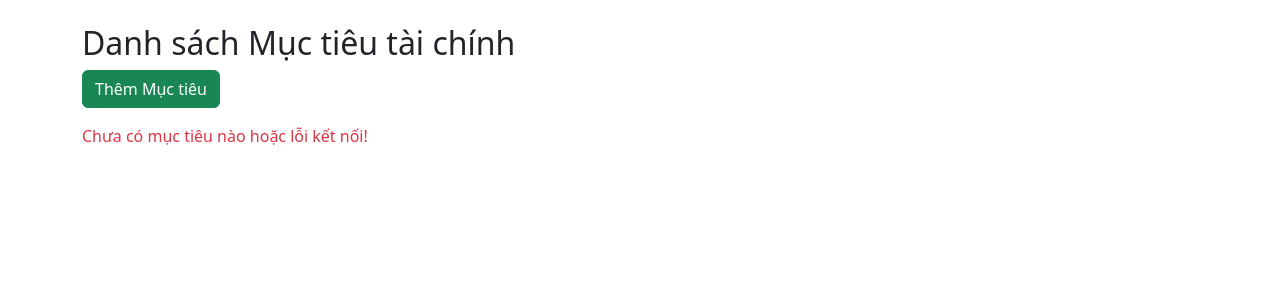
Repository: PhanVanHoa051204/Project3
Page: http://localhost/Project3/goals
An editor plug-in stored every save of this project. The page is shown before and after the next save, followed by the edit.
The browser window is 1280 px wide. The pictures show the whole page.
The page is served by Tomcat 9. Other server files are loaded and not shown. Queries for data that is not in the repository find no rows.

Above is the page before, as saved 2025-03-14 13:42:05.

### PhanVanHoa_2210900023_K22CNT1/Project3/src/main/webapp/TietKiem/goals.jsp
<%@ page language="java" contentType="text/html; charset=UTF-8" pageEncoding="UTF-8" %>
<%@ page import="java.util.List, com.financemanager.model.Goal, com.financemanager.dao.GoalDAO" %>
<%
    GoalDAO goalDAO = new GoalDAO();
    List<Goal> goals = null;

    try {
        goals = goalDAO.getAllGoals();
    } catch (Exception e) {
        e.printStackTrace();
        out.println("<p class='text-danger'>Lỗi khi lấy dữ liệu từ cơ sở dữ liệu!</p>");
    }
%>
<!DOCTYPE html>
<html>
<head>
    <title>Quản lý Mục tiêu tài chính</title>
    <link rel="stylesheet" href="https://cdn.jsdelivr.net/npm/bootstrap@5.3.0/dist/css/bootstrap.min.css">
</head>
<body>
    <div class="container mt-4">
        <h2>Danh sách Mục tiêu tài chính</h2>
        <a href="add_goal.jsp" class="btn btn-success">Thêm Mục tiêu</a>

        <% if (goals == null || goals.isEmpty()) { %>
            <p class="mt-3 text-danger">Chưa có mục tiêu nào hoặc lỗi kết nối!</p>
        <% } else { %>
            <table class="table table-bordered mt-3">
                <tr>
                    <th>ID</th>
                    <th>Người dùng</th>
                    <th>Tên Mục tiêu</th>
                    <th>Số tiền</th>
                    <th>Ngày hoàn thành</th>
                    <th>Hành động</th>
                </tr>
                <% for (Goal goal : goals) { %>
                    <tr>
                        <td><%= goal.getGoalId() %></td>
                        <td><%= goal.getUserId() %></td>
                        <td><%= goal.getGoalName() %></td>
                        <td><%= goal.getTargetAmount() %></td>
                        <td><%= goal.getTargetDate() %></td>
                        <td>
                            <a href="edit_goal.jsp?id=<%= goal.getGoalId() %>" class="btn btn-warning">Sửa</a>
                            <a href="delete_goal?id=<%= goal.getGoalId() %>" class="btn btn-danger" onclick="return confirm('Bạn có chắc muốn xóa?')">Xóa</a>
                        </td>
                    </tr>
                <% } %>
            </table>
            <a href="addgoals.jsp" class="btn btn-success">Tiết kiệm nữa</a> <a
			href="${pageContext.request.contextPath}/dashboard.jsp"
			class="btn btn-primary">Quay lại</a>
        <% } %>
    </div>
</body>
</html>

### PhanVanHoa_2210900023_K22CNT1/Project3/src/main/java/com/financemanager/controller/GoalServlet.java
package com.financemanager.controller;

import java.io.IOException;
import java.sql.Date;
import java.util.List;

import javax.servlet.ServletException;
import javax.servlet.annotation.WebServlet;
import javax.servlet.http.HttpServlet;
import javax.servlet.http.HttpServletRequest;
import javax.servlet.http.HttpServletResponse;

import com.financemanager.dao.GoalDAO;
import com.financemanager.model.Goal;

/**
 * Servlet implementation class GoalServlet
 */
@WebServlet("/goals")
public class GoalServlet extends HttpServlet {
	private GoalDAO goalDAO = new GoalDAO();

    protected void doGet(HttpServletRequest request, HttpServletResponse response) throws ServletException, IOException {
        List<Goal> goals = goalDAO.getAllGoals();
        request.setAttribute("goals", goals);
        request.getRequestDispatcher("/TietKiem/goals.jsp").forward(request, response);
    }

    protected void doPost(HttpServletRequest request, HttpServletResponse response) throws ServletException, IOException {
        int userId = Integer.parseInt(request.getParameter("user_id"));
        String goalName = request.getParameter("goal_name");
        Double targetAmount = Double.parseDouble(request.getParameter("target_amount"));
        Double currentAmount = Double.parseDouble(request.getParameter("current_amount"));
        Date targetDate = Date.valueOf(request.getParameter("target_date"));
        Date createdAt = Date.valueOf(request.getParameter("createdAt_date"));

        Goal goal = new Goal(0, userId, goalName, targetAmount, currentAmount, targetDate, createdAt);
        goalDAO.addGoal(goal);
        response.sendRedirect("goals");
    }

}

### PhanVanHoa_2210900023_K22CNT1/Project3/src/main/java/com/financemanager/util/DatabaseConnection.java
package com.financemanager.util;

import java.sql.Connection;
import java.sql.DriverManager;
import java.sql.SQLException;

public class DatabaseConnection {
	private static final String JDBC_URL = "jdbc:mysql://localhost:3306/PhanVanHoa_K22CNT2";
	private static final String JDBC_USERNAME = "root";
	private static final String JDBC_PASSWORD = "@Hoa2004";

	public static Connection getConnection() throws SQLException {
		try {
			Class.forName("com.mysql.cj.jdbc.Driver");
		} catch (ClassNotFoundException e) {
			throw new SQLException("Không tìm thấy Driver MySQL", e);
		}
		return DriverManager.getConnection(JDBC_URL, JDBC_USERNAME, JDBC_PASSWORD);
	}
}

After the next save:
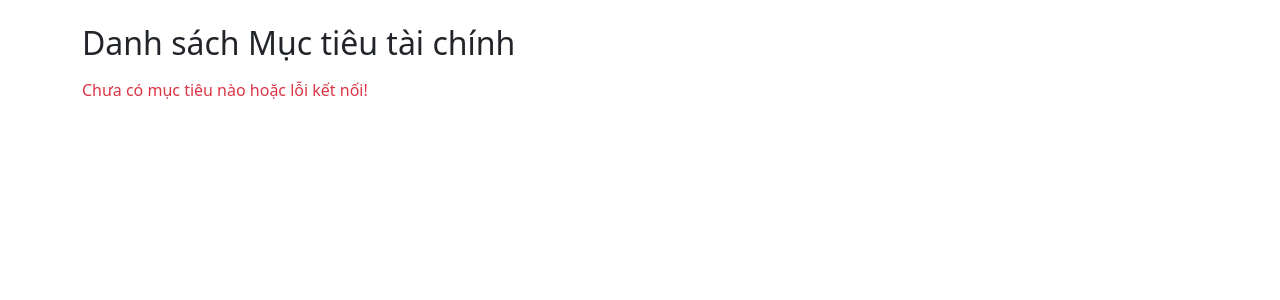
Saved 33 s later.
--- a/PhanVanHoa_2210900023_K22CNT1/Project3/src/main/webapp/TietKiem/goals.jsp
+++ b/PhanVanHoa_2210900023_K22CNT1/Project3/src/main/webapp/TietKiem/goals.jsp
@@ -20,7 +20,7 @@
 <body>
     <div class="container mt-4">
         <h2>Danh sách Mục tiêu tài chính</h2>
-        <a href="add_goal.jsp" class="btn btn-success">Thêm Mục tiêu</a>
+
 
         <% if (goals == null || goals.isEmpty()) { %>
             <p class="mt-3 text-danger">Chưa có mục tiêu nào hoặc lỗi kết nối!</p>
@@ -48,7 +48,7 @@
                     </tr>
                 <% } %>
             </table>
-            <a href="addgoals.jsp" class="btn btn-success">Tiết kiệm nữa</a> <a
+            <a href="addgoals.jsp" class="btn btn-success">Thêm Mục tiêu</a> <a
 			href="${pageContext.request.contextPath}/dashboard.jsp"
 			class="btn btn-primary">Quay lại</a>
         <% } %>
